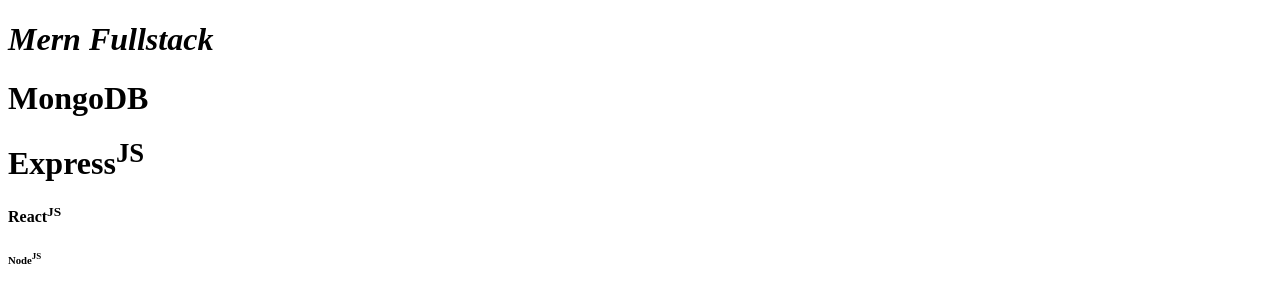
Repository: UshaWorks/WebTech
Page: HTML/task4.html
An editor plug-in stored every save of this project. The page is shown before and after the next save, followed by the edit.
The browser window is 1280 px wide. The pictures show the whole page.

Above is the page before, as saved 2026-10-12 18:16:58.

### HTML/task4.html
<!DOCTYPE html>
<html lang="en">
<head>
    <meta charset="UTF-8">
    <meta name="viewport" content="width=device-width, initial-scale=1.0">
    <title>Document</title>
</head>
<body>
    <h1><i>Mern Fullstack</i></h1>
    <h1><b>MongoDB</b></h1>
    <h1><b>Express<sup>JS</sup></b></h1>
    <h4><b>React<sup>JS</sup></b></h4>
    <h6>Node<sup>JS</sup></h6>

</body>
</html>

After the next save:
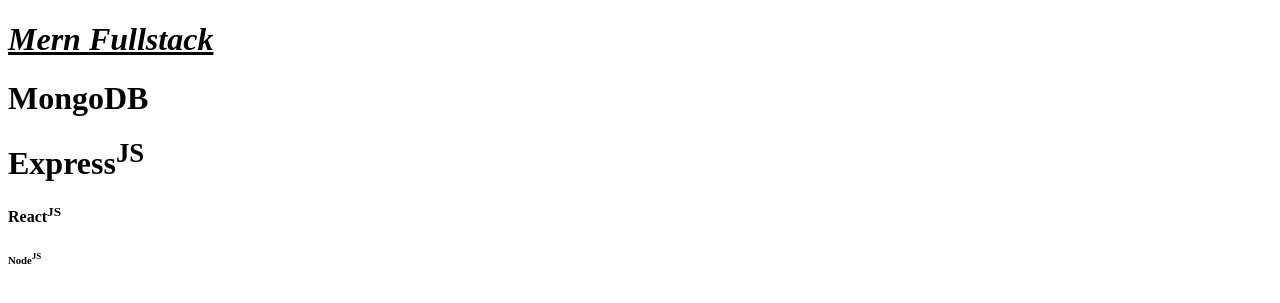
Saved 23 s later.
--- a/HTML/task4.html
+++ b/HTML/task4.html
@@ -6,7 +6,7 @@
     <title>Document</title>
 </head>
 <body>
-    <h1><i>Mern Fullstack</i></h1>
+    <h1><i><u>Mern Fullstack</u></i></h1>
     <h1><b>MongoDB</b></h1>
     <h1><b>Express<sup>JS</sup></b></h1>
     <h4><b>React<sup>JS</sup></b></h4>
